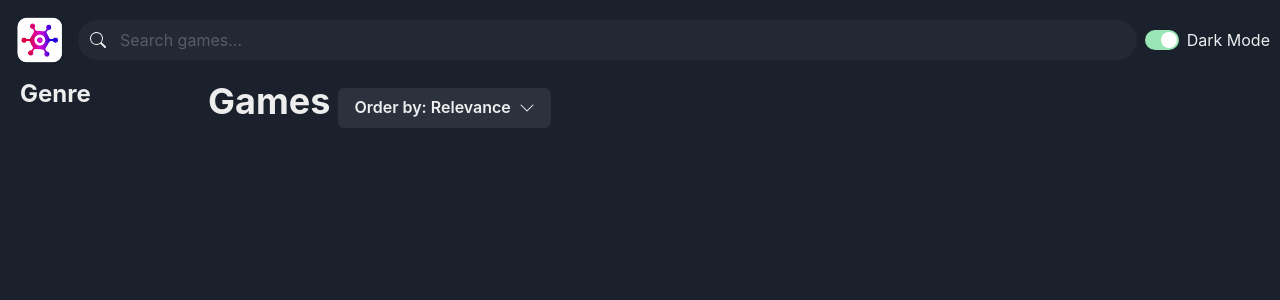
Repository: heyCaroline/game-hub
Page: /
The author's editor kept a copy of each file at every save. The page is drawn from the files as they stood at one save, then again after the next save.
The browser window is 1280 px wide. The pictures show the whole page.
The page's requests for data from a server got no answer. The project was rebuilt for these pictures with package versions that can differ from the ones it lists, and the page was loaded fresh each time. No one was signed in, and anything a server would have sent is missing. Also part of the build but not shown: vite.config.ts, src/components/PlatformIconList.tsx, src/components/CriticScore.tsx, src/components/GameCard.tsx.

Above is the page before, as saved 2025-05-23 18:04:44.

After the next save:
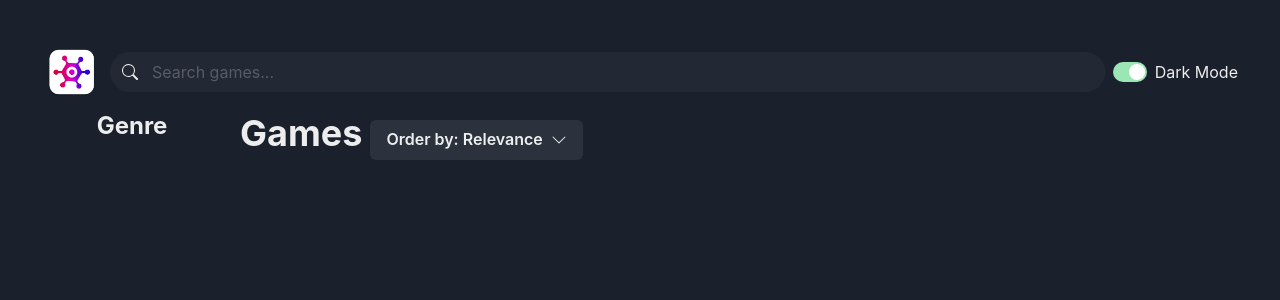
Saved 11 s later.
--- a/src/App.tsx
+++ b/src/App.tsx
@@ -16,6 +16,7 @@
 import type { Platform } from "./hooks/usePlatform";
 import SortSelector from "./components/SortSelector";
 import GameHeading from "./components/GameHeading";
+import "./App.css";
 export interface GameQuery {
   genre: Genres | null;
   platform: Platform | null;

After the save that followed:
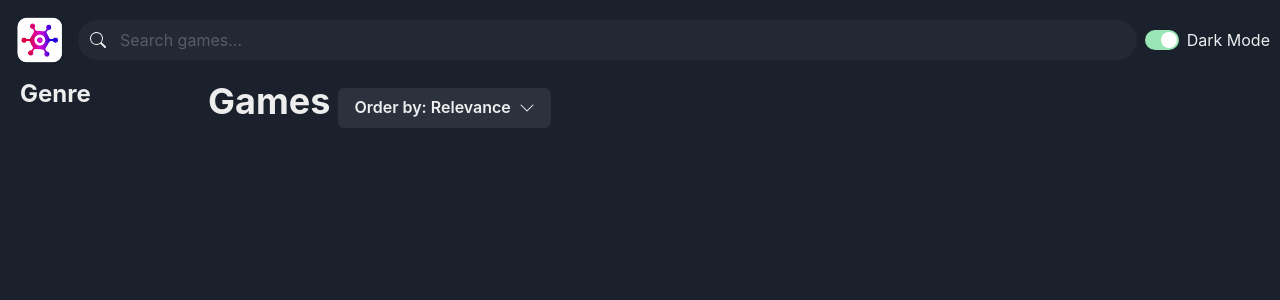
Saved 12 s later.
--- a/src/App.tsx
+++ b/src/App.tsx
@@ -16,7 +16,6 @@
 import type { Platform } from "./hooks/usePlatform";
 import SortSelector from "./components/SortSelector";
 import GameHeading from "./components/GameHeading";
-import "./App.css";
 export interface GameQuery {
   genre: Genres | null;
   platform: Platform | null;
